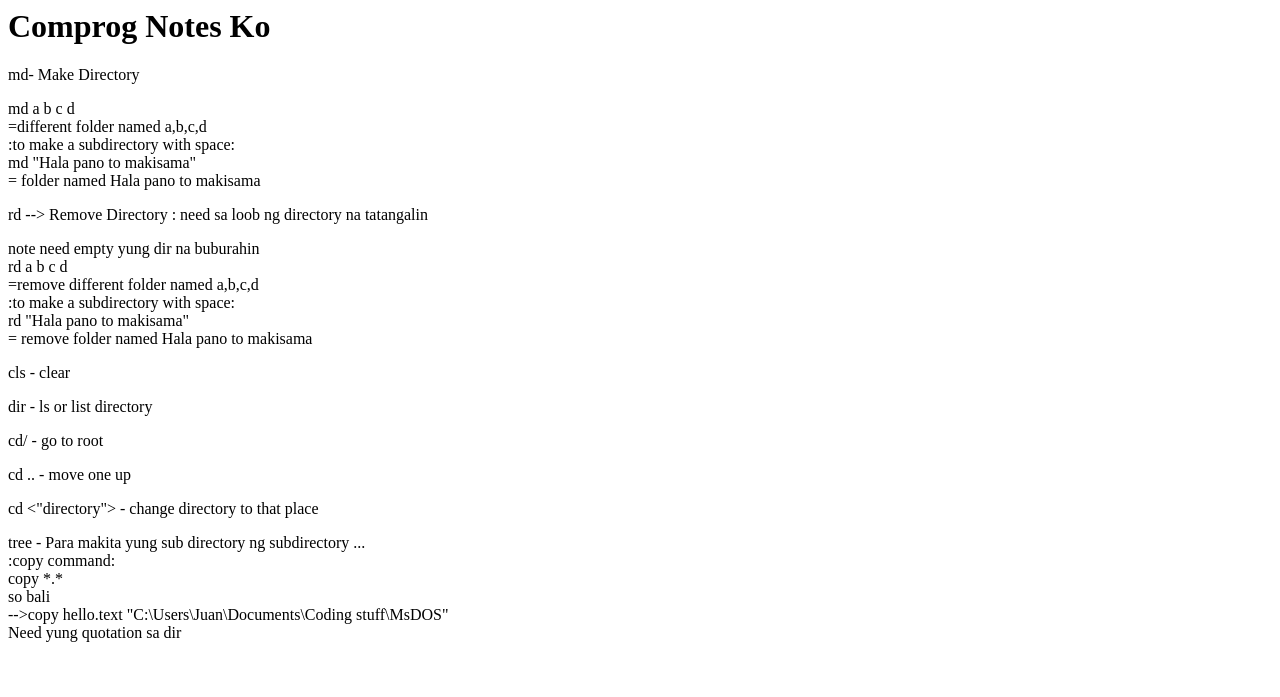
Repository: zwainer/Comprog
Page: index.html
An editor plug-in stored every save of this project. The page is shown before and after a run of saves, followed by the edit.
The browser window is 1280 px wide. The pictures show the whole page.

Above is the page before, as saved 2023-05-04 08:37:09.

After the next 2 saves:
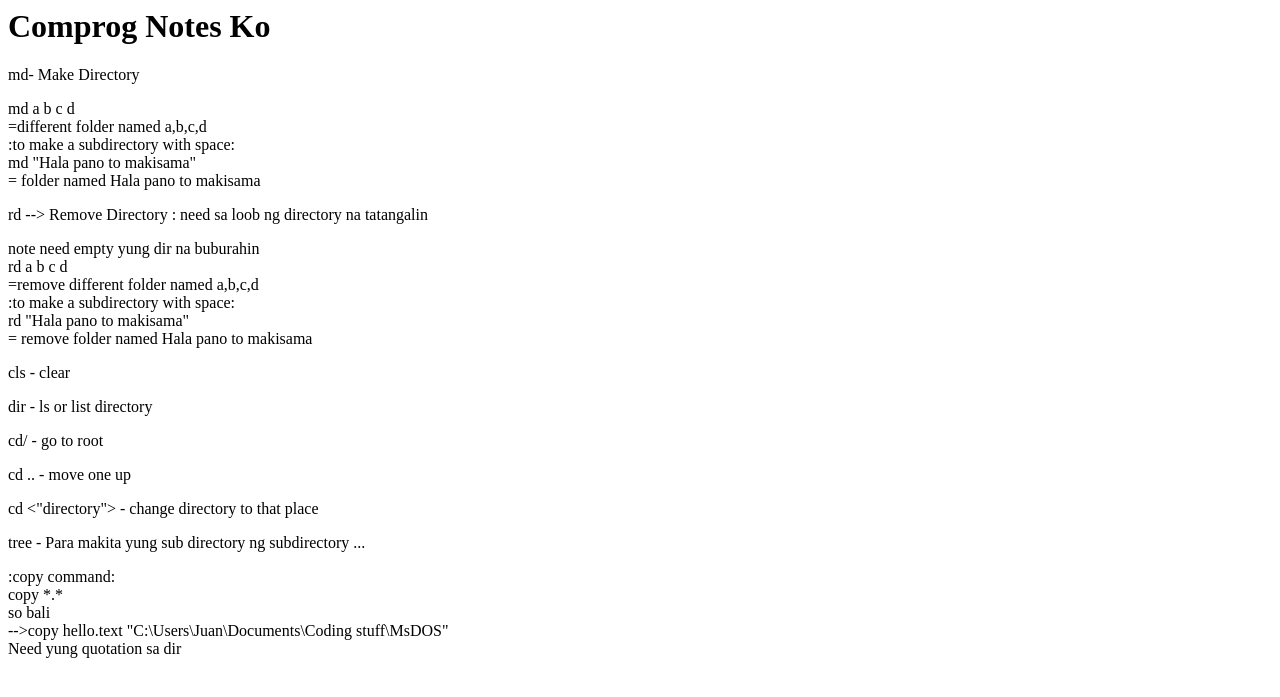
The 2 saves are shown as one change because they came seconds apart.
The last was saved 14 s later.
--- a/index.html
+++ b/index.html
@@ -36,7 +36,7 @@ rd a b c d <br/>
 
 <p class="StartCommand">cd <"directory"> - change directory to that place<br/></p>
 
-</p>tree - Para makita yung sub directory ng subdirectory ...<br/>
+<p class="StartCommand">tree - Para makita yung sub directory ng subdirectory ...<br/></p>
 
 :copy command:<br/>
 
